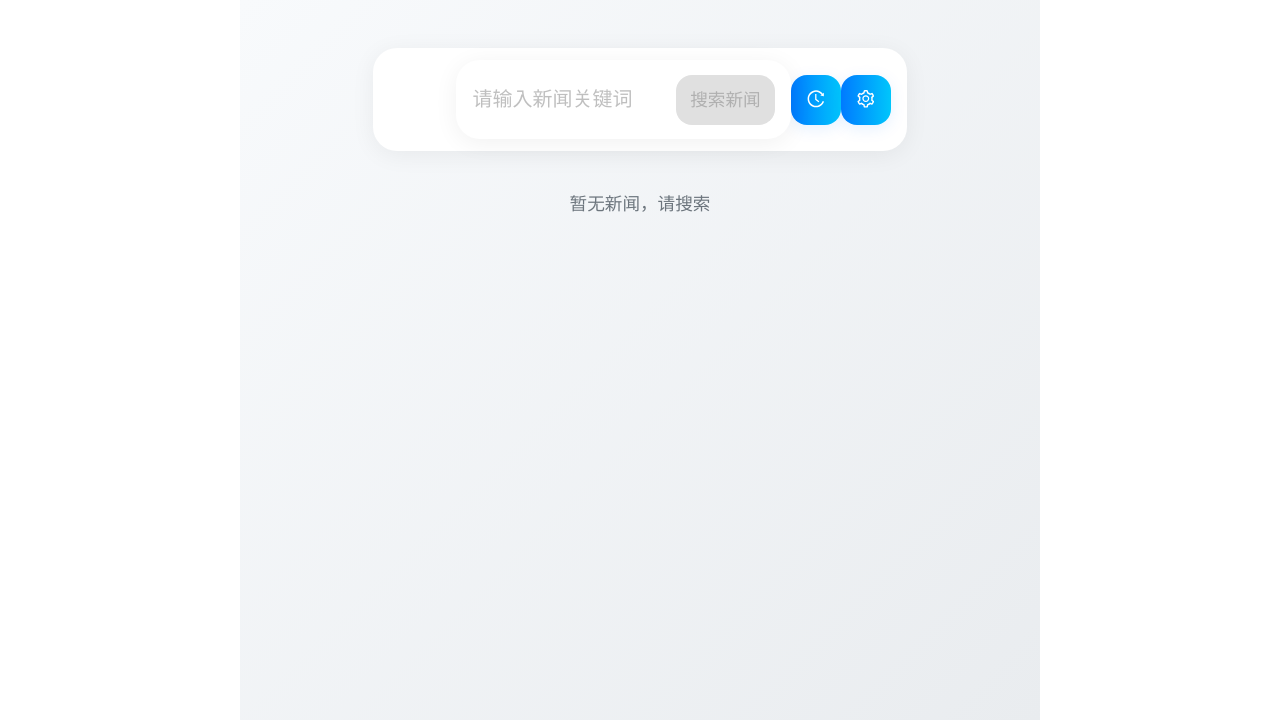
Repository: XJN7197/NewsAssistantBaseMCP
Page: / (app in frontend/)
An editor plug-in stored every save of this project. The page is shown before and after the next save, followed by the edit.
The browser window is 1280 px wide. The pictures show the whole page.
The project was rebuilt for these pictures with package versions that can differ from the ones it lists, and the page was loaded fresh each time. Also part of the build but not shown: frontend/vite.config.ts, frontend/src/components/NewsCard.tsx.

Above is the page before, as saved 2025-05-25 19:44:59.

### frontend/src/App.tsx
import { useState } from 'react'
import Home from './pages/Home'
import './App.css'

function App() {

  return (
    <>
      <Home/>
    </>
  )
}

export default App

### frontend/src/pages/Home.module.css
.home-container {
  height: 100vh;
  width: 800px;
  background: linear-gradient(135deg, #f8fafc 0%, #e9ecef 100%);
  display: flex;
  flex-direction: column;
  align-items: center;
  padding: 48px 0 48px 0; /* 调整了上下padding，左右padding设为0，因为内容区会通过max-width控制 */
  font-family: -apple-system, BlinkMacSystemFont, "Segoe UI", Roboto, "Helvetica Neue", Arial, "PingFang SC", "Hiragino Sans GB", "Microsoft YaHei", sans-serif;
}

.search-bar {
  display: flex;
  justify-content: flex-end;
  align-items: center;

  position: sticky;
  top: 0;
  z-index: 1;
  background: #fff;
  border-radius: 24px;
  box-shadow: 0 4px 24px 0 rgba(0,0,0,0.06);
  padding: 12px 16px; /* 减小整体内边距 */
  width: 66.66%;
  max-width: none;
}

.search-bar input[type="text"] {
  flex: 1;
  min-width: 200px; /* 设置最小宽度 */
  border: none;
  outline: none;
  font-size: 1.25rem;
  background: transparent;
  color: #222;
  padding: 8px 12px; /* 调整输入框内边距 */
  margin: 0;
  box-sizing: border-box;
  border-radius: 8px; /* 添加圆角 */
  transition: background 0.2s;
}

/* 添加输入框悬停效果 */
.search-bar input[type="text"]:hover,
.search-bar input[type="text"]:focus {
  background: rgba(0, 0, 0, 0.02);
}
.search-bar button {
  height: 50px;
  background: linear-gradient(90deg, #007aff 0%, #00c6fb 100%);
  color: #fff;
  border: none;
  border-radius: 16px; /* 更大的圆角 */
  padding: 14px 36px; /* 增加了按钮padding */
  font-size: 1.1rem; /* 稍大字体 */
  font-weight: 500;
  cursor: pointer;
  transition: background 0.2s, box-shadow 0.2s;
  box-shadow: 0 4px 16px 0 rgba(0,122,255,0.10); /* 按钮阴影 */
}

.search-bar button:disabled {
  background: #e0e0e0;
  color: #b0b0b0;
  cursor: not-allowed;
  box-shadow: none;
}

.news-list-container { /* Renamed from .news-list */
  width: 66.66%; /* 宽度固定为视口宽度的2/3 */
  /* height: 1500px; 高度固定为1500px */
  max-width: none; /* 移除最大宽度限制 */
  margin-bottom: 40px;
  min-height: 180px; /* 最小高度，避免内容过少时塌陷 */
  display: flex;
  flex-direction: column;
  gap: 24px; /* 新闻卡片之间的间距 */
  overflow-y: auto; /* 添加垂直滚动 */
  /* 可以在这里添加新闻卡片的样式，或者为新闻卡片组件单独创建样式文件 */
}

/* 针对 news-list 中暂无新闻的提示文本样式 */
.news-list > div {
  color: #6c757d; /* 柔和的提示文字颜色 */
  font-size: 1.1rem;
  text-align: center;
  padding: 40px 0;
}

/* Styles for .news-card, .checkbox-container, .news-content, .news-title, .news-desc, .news-link are removed as Ant Design components handle them */

/* 错误消息样式 */
.error-message {
  color: #dc3545; /* 红色错误提示 */
  font-size: 1.1rem;
  text-align: center;
  padding: 40px 0;
}


.analyze-btn {
  margin-bottom: 32px;
}

.analyze-btn button {
  background: linear-gradient(90deg, #34e89e 0%, #0f3443 100%); /* 保持了之前的渐变色 */
  color: #fff;
  border: none;
  border-radius: 16px; /* 更大的圆角 */
  padding: 16px 48px; /* 增加了按钮padding */
  font-size: 1.2rem; /* 稍大字体 */
  font-weight: 600;
  cursor: pointer;
  transition: background 0.2s, box-shadow 0.2s;
  box-shadow: 0 4px 16px 0 rgba(52,232,158,0.10); /* 按钮阴影 */
}

.analyze-btn button:disabled {
  background: #e0e0e0;
  color: #b0b0b0;
  cursor: not-allowed;
  box-shadow: none;
}

/* Styles for .report-modal and its children are removed as Ant Design Modal component handles them */

### frontend/src/mock/newsData.ts
export const mockNewsData = {
    news_list: [
      {
        title: "Qwen引领AI前端技术革新：深度解析一句话开发网页的突破_模型_行业_创新",
        desc: "在人工智能快速发展的2025年，来自量子位的最新报道显示，AI技术正迎来前所未有的革新，尤其是在前端开发领域。由Qwen推出的“AI前端工程师”WebDev工具，以...",
        url: "https://news.sohu.com/a/893821748_121924584"
      },
      {
        title: "谷歌推Gemini2.5Pro模型，AI 助力前端开发与复杂编程",
        desc: "谷歌推Gemini2.5Pro模型#，AI 助力前端开发与复杂编程】5 月7 日消息，科技媒体The Decoder 昨日（5 月6 日）发布博文，报道称谷歌为预热今年的I/O...",
        url: "https://news.sina.com.cn/external/car/2025-05-07/doc-inevtine1324735.shtml"
      },
      {
        title: "前端程序员请注意！首个截图就能生成现代前端代码的AI来了 | 已开源",
        desc: "现在截图生成代码，已经来到了一个新高度——. ⾸个⾯向现代前端代码⽣成的多模态⼤模型解决⽅案，来了！ 而且是开源的那种。 前端程序员请注意！首个截图就能...",
        url: "https://www.qbitai.com/2025/02/258521.html"
      },
      {
        title: "AI包办79%代码，程序员饭碗不保，前端开发要凉，人类只配改Bug？",
        desc: "编码助手更偏向自动化。有79%的Claude Code对话可以被归为「自动化」，即AI直接完成任务，而不是与人类协作「增强」。相比之下，Claude.ai的对话中只有49%是...",
        url: "https://m.36kr.com/p/3271134281245063"
      },
      {
        title: "武汉烽火申请前后端协同开发方法专利，大大降低前后端耦合度",
        desc: "本文源自:金融界. 金融界2025年5月15日消息，国家知识产权局信息显示，武汉烽火信息集成技术有限公司申请一项名为“前后端协同开发方法、装置、设备及可...",
        url: "https://cj.sina.cn/articles/view/1704103183/65928d0f02007wlqg?froms=ggmp"
      }
    ]
  };

### frontend/src/mock/reportData.ts
// 模拟舆情分析报告数据
export const mockReportData = {
  report: `
  **分析时间：** 2025-05-22 20:48:32

  ---

  ## 📥 原始新闻内容

  ### 新闻1
  - **标题**: Qwen引领AI前端技术革新：深度解析一句话开发网页的突破_模型_行业_创新
  - **描述**: 在人工智能快速发展的2025年，来自量子位的最新报道显示，AI技术正迎来前所未有的革新，尤其是在前端开发领域。由Qwen推出的“AI前端工程师”WebDev工具，以...
  - **链接**: https://news.sohu.com/a/893821748_121924584

  ### 新闻2
  - **标题**: 谷歌推Gemini2.5Pro模型，AI 助力前端开发与复杂编程
  - **描述**: 谷歌推Gemini2.5Pro模型#，AI 助力前端开发与复杂编程】5 月7 日消息，科技媒体The Decoder 昨日（5 月6 日）发布博文，报道称谷歌为预热今年的I/O...
  - **链接**: https://news.sina.com.cn/external/car/2025-05-07/doc-inevtine1324735.shtml

  ### 新闻3
  - **标题**: 前端程序员请注意！首个截图就能生成现代前端代码的AI来了 | 已开源
  - **描述**: 现在截图生成代码，已经来到了一个新高度——. ⾸个⾯向现代前端代码⽣成的多模态⼤模型解决⽅案，来了！ 而且是开源的那种。 前端程序员请注意！首个截图就能...
  - **链接**: https://www.qbitai.com/2025/02/258521.html

  ### 新闻4
  - **标题**: AI包办79%代码，程序员饭碗不保，前端开发要凉，人类只配改Bug？
  - **描述**: 编码助手更偏向自动化。有79%的Claude Code对话可以被归为「自动化」，即AI直接完成任务，而不是与人类协作「增强」。相比之下，Claude.ai的对话中只有49%是...
  - **链接**: https://m.36kr.com/p/3271134281245063

  ### 新闻5
  - **标题**: 武汉烽火申请前后端协同开发方法专利，大大降低前后端耦合度
  - **描述**: 本文源自:金融界. 金融界2025年5月15日消息，国家知识产权局信息显示，武汉烽火信息集成技术有限公司申请一项名为“前后端协同开发方法、装置、设备及可...
  - **链接**: https://cj.sina.cn/articles/view/1704103183/65928d0f02007wlqg?froms=ggmp

  ---

  ## 📊 分析结果

  ### 舆情分析报告
  **日期**：2025年5月
  **分析范围**：五篇关于AI与前端开发的新闻

  ---

  #### **一、情绪倾向分析**
  | 新闻编号 | 情绪倾向 | 原因说明 |
  |----------|----------|----------|
  | **新闻1** | **正面** | 强调Qwen的“革新”“突破”等词汇，突出AI技术对前端开发的赋能，传递积极创新信号。 |
  | **新闻2** | **正面** | 谷歌推出新模型推动“AI助力前端开发”，体现技术迭代的行业趋势，语气温和但积极。 |
  | **新闻3** | **正面** | 聚焦“首个截图生成代码”“开源”等关键词，展示AI工具的实用性和开放性，引发开发者关注。 |
  | **新闻4** | **负面** | 标题直接使用“饭碗不保”“要凉”等强烈词汇，讨论AI对程序员职业的冲击，情绪偏担忧。 |
  | **新闻5** | **正面** | 武汉烽火的专利申请聚焦“降低耦合度”技术优化，体现行业对效率提升的关注，属中性积极技术报道。 |

  ---

  #### **二、舆情总结**
  1. **技术革新主导正面情绪**
     - 多篇新闻聚焦AI在前端开发中的创新应用（如Qwen、Gemini2.5Pro、开源工具），强调效率提升、自动化开发等优势，反映行业对AI技术的期待与认可。
     - 专利申请（新闻5）进一步表明企业对技术优化的重视，传递积极发展趋势。

  2. **负面情绪集中于就业风险**
     - 新闻4通过“79%代码由AI包办”“程序员饭碗不保”等表述，引发对AI替代人力的焦虑，负面情绪显著，但未否认技术价值。

  3. **行业矛盾与机遇并存**
     - 正面报道多关注技术突破，负面内容则反映人类与AI协作模式的争议，整体呈现“技术进步”与“职业担忧”的双重叙事。

  ---

  #### **三、建议**
  - **技术开发者**：关注AI工具的开源与迭代（如新闻3），同时提升复合技能以适应自动化趋势。
  - **企业与政策制定者**：平衡技术应用与就业保障，推动人机协作模式的探索。
  - **媒体传播**：客观呈现AI对行业的赋能与挑战，避免过度渲染负面情绪。

  **结论**：当前舆情以技术革新为核心积极主题，但需警惕AI对职业结构的潜在冲击，行业需在创新与人文关怀间寻求平衡。
`
}

### frontend/src/components/NewsSearch.tsx
import React from 'react';
import { Button as AntButton, Input } from 'antd';
import styles from '../pages/Home.module.css'; // 引入 Home.module.css 中的样式

interface NewsSearchProps {
  keyword: string;
  setKeyword: (keyword: string) => void;
  handleSearch: () => void;
  loading: boolean;
}

const NewsSearch: React.FC<NewsSearchProps> = ({
  keyword,
  setKeyword,
  handleSearch,
  loading,
}) => {
  return (
    <div className={styles['search-bar']}> {/* 使用 Home.module.css 中的样式 */}
      <Input
        placeholder="请输入新闻关键词"
        value={keyword}
        onChange={e => setKeyword(e.target.value)}
        onPressEnter={handleSearch} // 支持回车搜索
        style={{ flex: 1, fontSize: '1.25rem', padding: '12px 0' }} // 保持原有部分样式
      />
      <AntButton
        type="primary"
        onClick={handleSearch}
        loading={loading}
        disabled={!keyword}
        style={{ borderRadius: '16px', padding: '14px', fontSize: '1.1rem', fontWeight: 500 }} // 保持原有部分样式，并添加右边距
      >
        搜索新闻
      </AntButton>
    </div>
  );
};

export default NewsSearch;

### frontend/src/components/NewsList.tsx
import React from 'react';
import { List, Spin, Typography } from 'antd';
import NewsCard from './NewsCard';
import styles from '../pages/Home.module.css'; // 引入 Home.module.css 中的样式

const { Text } = Typography;

interface NewsListProps {
  newsList: any[]; // 根据实际新闻数据结构定义更精确的类型
  selectedNews: Set<number>;
  onItemChange: (id: number, checked: boolean) => void;
  loading: boolean;
}

const NewsList: React.FC<NewsListProps> = ({
  newsList,
  selectedNews,
  onItemChange,
  loading,
}) => {
  return (
    <div className={styles['news-list-container']}> {/* 使用 Home.module.css 中的样式 */}
      {loading && newsList.length === 0 && (
        <div style={{ textAlign: 'center', padding: '40px 0' }}>
          <Spin size="large" />
        </div>
      )}
      {!loading && newsList.length === 0 && (
        <div style={{ textAlign: 'center', color: '#6c757d', fontSize: '1.1rem', padding: '40px 0' }}>
          暂无新闻，请搜索
        </div>
      )}
      {newsList.length > 0 && newsList[0].error && (
        <div className={styles['error-message']}>{newsList[0].error}</div>
      )}
      {newsList.length > 0 && !newsList[0].error && (
        <List
          itemLayout="horizontal"
          dataSource={newsList}
          renderItem={item => (
            <NewsCard
              key={item.id}
              item={item}
              selectedNews={selectedNews}
              onItemChange={onItemChange}
            />
          )}
        />
      )}
    </div>
  );
};

export default NewsList;

### frontend/src/components/ReportModal.tsx
import React from 'react';
import { Modal, Button as AntButton, Spin, Typography } from 'antd';
import ReactMarkdown from 'react-markdown';
import remarkGfm from 'remark-gfm';

const { Title, Text } = Typography;

interface ReportModalProps {
  showReport: boolean;
  setShowReport: (show: boolean) => void;
  report: string | null;
  loading: boolean;
  handleDownload: () => void;
  setEmailModalVisible: (visible: boolean) => void;
}

const ReportModal: React.FC<ReportModalProps> = ({
  showReport,
  setShowReport,
  report,
  loading,
  handleDownload,
  setEmailModalVisible,
}) => {
  return (
    <Modal
      title={<Title level={3} style={{ textAlign: 'center', marginBottom: 0 }}>舆情分析报告</Title>}
      open={showReport}
      onCancel={() => setShowReport(false)}
      footer={[
        <AntButton
          key="download"
          onClick={handleDownload}
          disabled={!report}
          style={{ borderRadius: '12px', marginRight: '8px' }}
        >
          下载报告
        </AntButton>,
        <AntButton
          key="email"
          onClick={() => setEmailModalVisible(true)}
          disabled={!report}
          style={{ borderRadius: '12px', marginRight: '8px' }}
        >
          发送邮件
        </AntButton>,
        <AntButton key="close" type="primary" onClick={() => setShowReport(false)} style={{ borderRadius: '12px' }}>
          关闭
        </AntButton>
      ]}
      width="60vw"
      styles={{
        body: { maxHeight: '70vh', overflowY: 'auto', background: '#fff', padding: '24px 40px' },
        content: { zIndex: 1000 }
      }}
    >
      {loading && !report ? (
        <div style={{ textAlign: 'center', padding: '40px 0' }}>
          <Spin size="large" tip="分析报告生成中..." />
        </div>
      ) : report ? (
        <ReactMarkdown remarkPlugins={[remarkGfm]}>{report}</ReactMarkdown>
      ) : (
        <Text>报告生成中或无内容...</Text>
      )}
    </Modal>
  );
};

export default ReportModal;

### frontend/src/components/SettingsModal.tsx
import React from 'react';
import { Modal, Button as AntButton, Spin, Form, Input, Typography, message } from 'antd';

const { Title } = Typography;

interface SettingsModalProps {
  showSettings: boolean;
  setShowSettings: (show: boolean) => void;
  config: any; // 根据实际配置数据结构定义更精确的类型
  configLoading: boolean;
  fetchConfig: () => void;
  updateConfig: (values: any) => Promise<void>;
}

const SettingsModal: React.FC<SettingsModalProps> = ({
  showSettings,
  setShowSettings,
  config,
  configLoading,
  fetchConfig,
  updateConfig,
}) => {
  const [configForm] = Form.useForm();

  // 当弹窗打开时获取配置
  React.useEffect(() => {
    if (showSettings) {
      fetchConfig();
    }
  }, [showSettings, fetchConfig]);

  // 当 config 更新时设置表单值
  React.useEffect(() => {
    configForm.setFieldsValue(config);
  }, [config, configForm]);

  const handleSave = async () => {
    try {
      const values = await configForm.validateFields();
      await updateConfig(values);
    } catch (errorInfo) {
      console.error('Validate Failed:', errorInfo);
      message.error('请检查表单填写是否正确。');
    }
  };

  return (
    <Modal
      title={<Title level={3} style={{ textAlign: 'center', marginBottom: 0 }}>配置设置</Title>}
      open={showSettings}
      onCancel={() => setShowSettings(false)}
      footer={[
        <AntButton key="cancel" onClick={() => setShowSettings(false)} style={{ borderRadius: '12px' }}>
          取消
        </AntButton>,
        <AntButton key="submit" type="primary" loading={configLoading} onClick={handleSave} style={{ borderRadius: '12px' }}>
          保存
        </AntButton>,
      ]}
      width="50vw"
      styles={{ body: { maxHeight: '70vh', overflowY: 'auto', background: '#fff', padding: '24px 40px' } }}
    >
      {configLoading && Object.keys(config).length === 0 ? (
        <div style={{ textAlign: 'center', padding: '40px 0' }}>
          <Spin size="large" tip="加载配置中..." />
        </div>
      ) : (
        <Form
          form={configForm}
          layout="vertical"
          initialValues={config} // 使用状态中的配置作为初始值
        >
          {Object.keys(config).map(key => {
            let inputProps = {};

            // 根据不同字段设置不同的input type
            if (key === 'BASE_URL') {
              inputProps = { type: 'url', placeholder: '请输入有效的URL地址' };
            } else if (key === 'EMAIL_USER') {
              inputProps = { type: 'email', placeholder: '请输入有效的邮箱地址' };
            } else if (key === 'SMTP_SERVER') {
              inputProps = {
                type: 'text',
                placeholder: '请输入SMTP服务器地址',
                pattern: '^[a-zA-Z0-9][a-zA-Z0-9\-\.]+[a-zA-Z0-9]$'
              };
            }

            return (
              <Form.Item
                key={key}
                label={key}
                name={key}
                rules={[{ required: true, message: `请输入 ${key}!` }]} // 添加必填规则
              >
                <Input {...inputProps} />
              </Form.Item>
            );
          })}
        </Form>
      )}
    </Modal>
  );
};

export default SettingsModal;

### frontend/src/components/EmailModal.tsx
import React, { useState } from 'react';
import { Modal, Button as AntButton, Form, Input, message } from 'antd';

interface EmailModalProps {
  emailModalVisible: boolean;
  setEmailModalVisible: (visible: boolean) => void;
  report: string | null;
}

const EmailModal: React.FC<EmailModalProps> = ({
  emailModalVisible,
  setEmailModalVisible,
  report,
}) => {
  const [emailTo, setEmailTo] = useState('');
  const [emailSending, setEmailSending] = useState(false);
  const [form] = Form.useForm();

  // Reset form when modal opens
  React.useEffect(() => {
    if (emailModalVisible) {
      form.resetFields();
      setEmailTo(''); // Also reset local state
    }
  }, [emailModalVisible, form]);

  const handleSendEmail = async () => {
    if (!report || !emailTo) return;

    setEmailSending(true);
    try {
      const response = await fetch('http://localhost:8000/send_email', {
        method: 'POST',
        headers: {
          'Content-Type': 'application/json',
        },
        body: JSON.stringify({
          to: emailTo,
          subject: `舆情分析报告`,
          report_content: report
        }),
      });

      const data = await response.json();
      if (data.status === 'success') {
        message.success('邮件发送成功！');
        setEmailModalVisible(false);
      } else {
        message.error(`邮件发送失败: ${data.message}`);
      }
    } catch (error) {
      console.error("邮件发送失败:", error);
      message.error(`邮件发送失败: ${error}`);
    } finally {
      setEmailSending(false);
    }
  };

  return (
    <Modal
      title="发送分析报告到邮箱"
      open={emailModalVisible}
      onCancel={() => setEmailModalVisible(false)}
      footer={[
        <AntButton key="cancel" onClick={() => setEmailModalVisible(false)} style={{ borderRadius: '12px' }}>
          取消
        </AntButton>,
        <AntButton
          key="send"
          type="primary"
          loading={emailSending}
          onClick={handleSendEmail}
          disabled={!emailTo}
          style={{ borderRadius: '12px' }}
        >
          发送
        </AntButton>,
      ]}
    >
      <Form form={form} layout="vertical">
        <Form.Item
          label="收件人邮箱"
          name="email"
          rules={[
            { required: true, message: '请输入收件人邮箱!' },
            { type: 'email', message: '请输入有效的邮箱地址!' }
          ]}
        >
          <Input
            placeholder="请输入收件人邮箱"
            value={emailTo}
            onChange={e => setEmailTo(e.target.value)}
          />
        </Form.Item>
      </Form>
    </Modal>
  );
};

export default EmailModal;

Loaded but not shown: frontend/index.html (common file); frontend/src/main.tsx (common file); frontend/src/index.css (common file); frontend/src/App.css (common file); frontend/src/pages/Home.tsx (476 lines, source omitted)

After the next save:
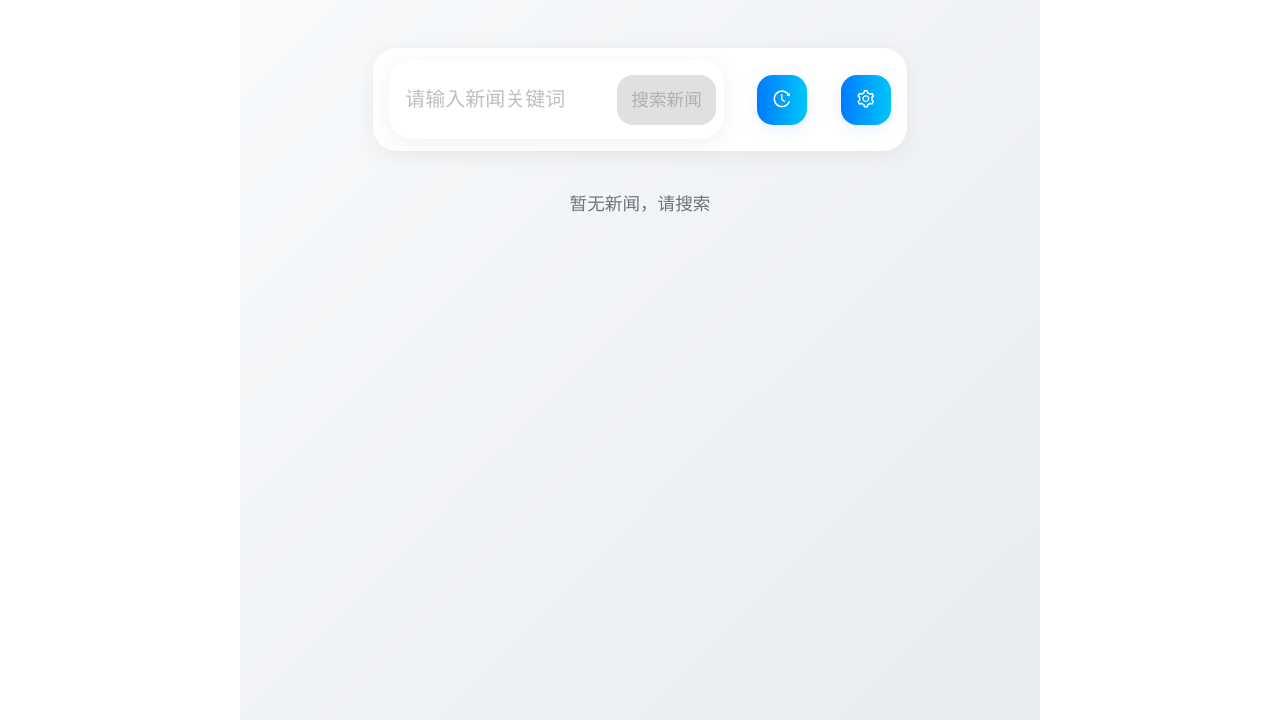
Saved 46 s later.
--- a/frontend/src/pages/Home.module.css
+++ b/frontend/src/pages/Home.module.css
@@ -11,9 +11,9 @@
 
 .search-bar {
   display: flex;
-  justify-content: flex-end;
+  justify-content: space-between;
   align-items: center;
-
+  gap: 12px;
   position: sticky;
   top: 0;
   z-index: 1;
